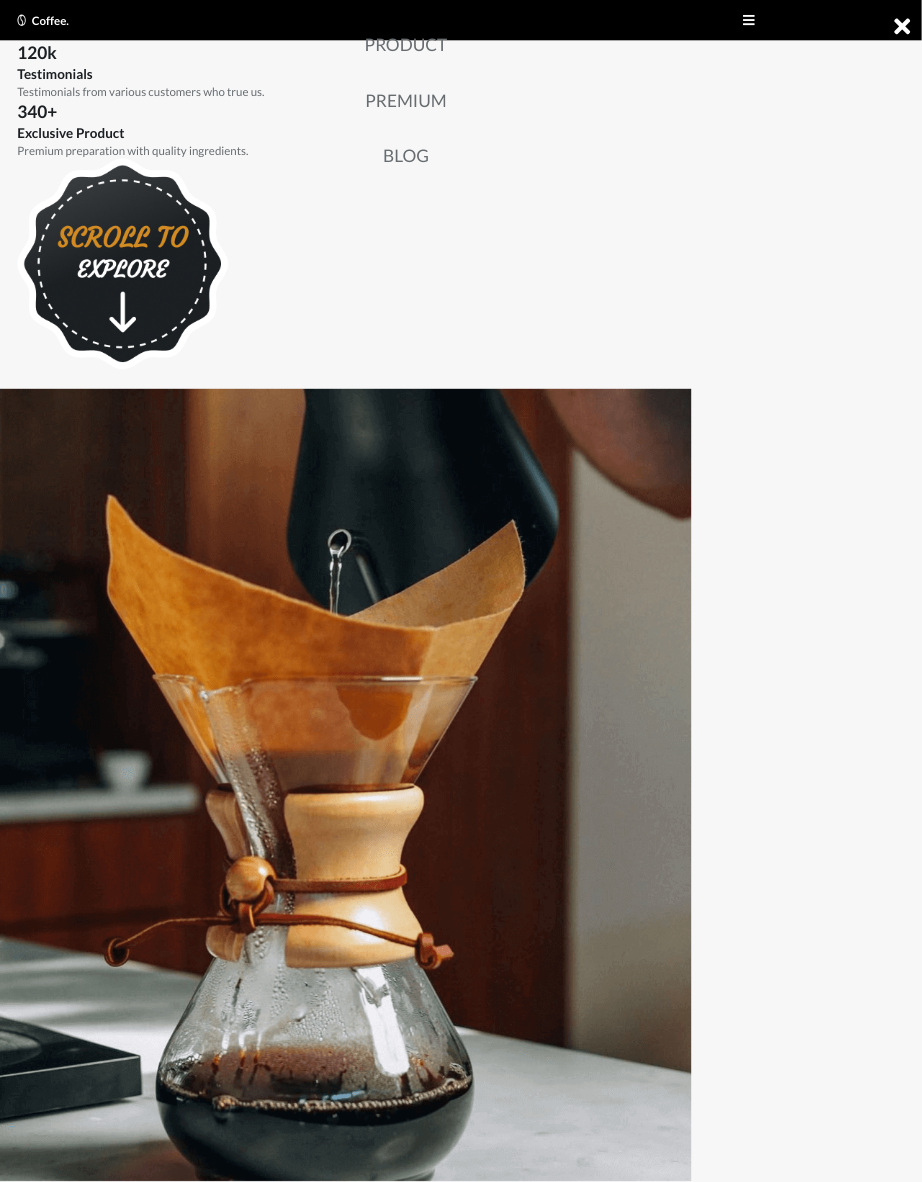
Repository: Nguyenductuan-dev/Website-coffee
Page: index.html
The author's editor kept a copy of each file at every save. The page is drawn from the files as they stood at one save, then again after the next save.
The browser window is 1280 px wide. The pictures show the whole page, at 72% of full size.

Above is the page before, as saved 2022-04-03 16:44:24.

After the next save:
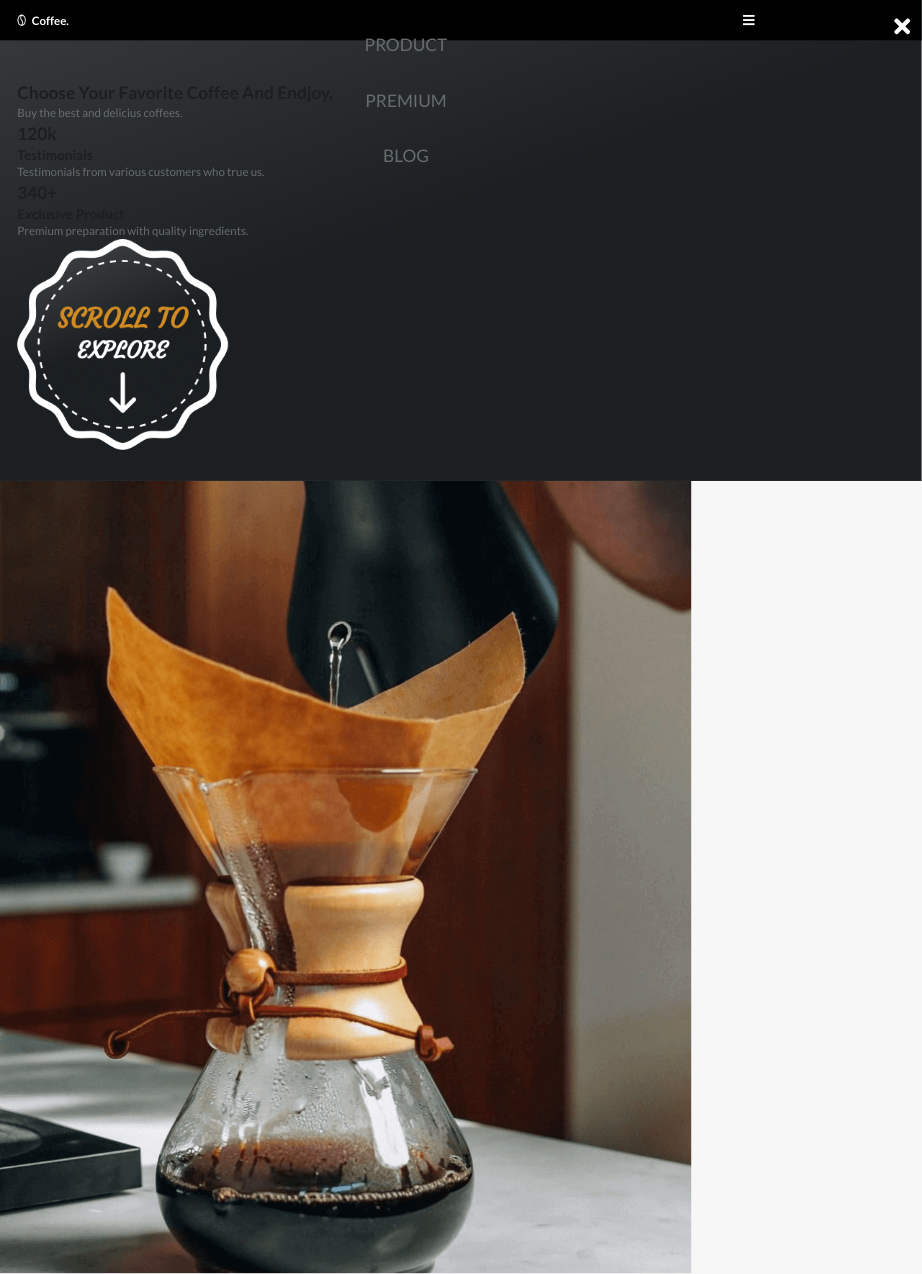
Saved 3 min 49 s later.
--- a/assets/css/style.css
+++ b/assets/css/style.css
@@ -188,3 +188,11 @@ button {
     right: 0;
 
 }
+/* =========== HOME ============ */
+.home {
+    gap: 0;
+}
+.home__container {
+    padding: 7rem 0 2.5rem;
+    background: linear-gradient(160deg, hsla(206, 5%, 24%, 1) -4%, hsla(206, 12%, 12%, 1) 46%);
+}
